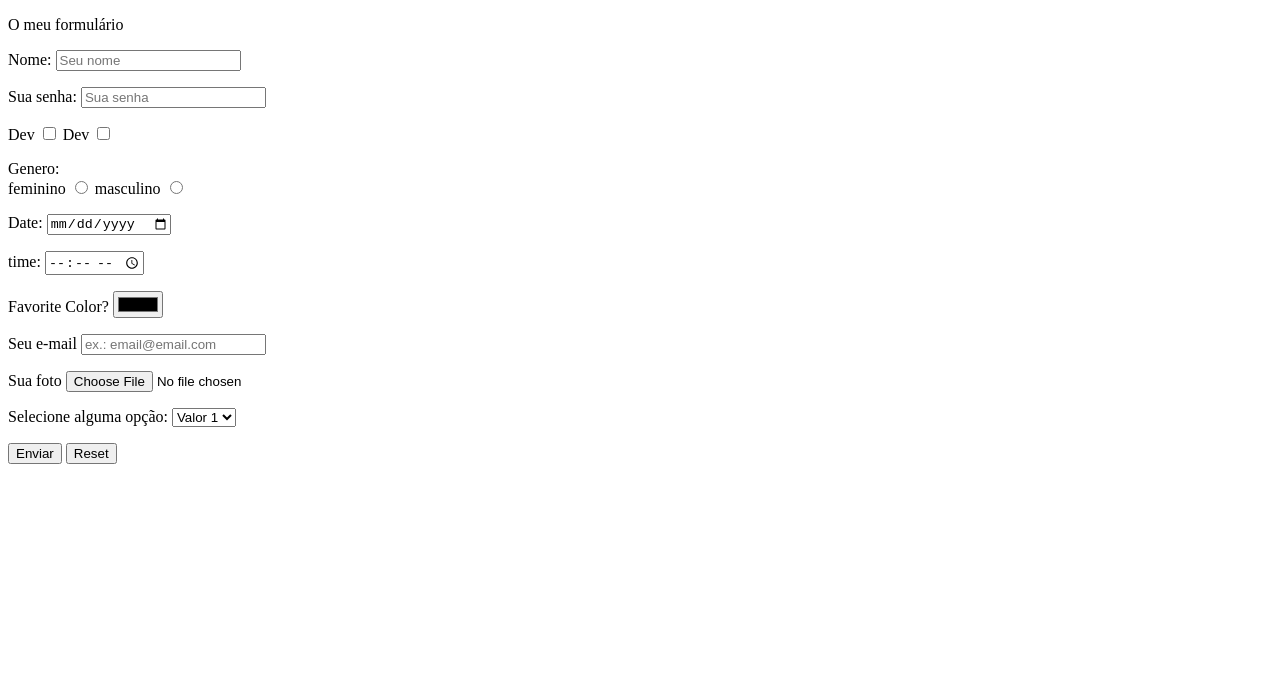
Repository: danilodscosta/CursoHTML
Page: index2.html
An editor plug-in stored every save of this project. The page is shown before and after the next save, followed by the edit.
The browser window is 1280 px wide. The pictures show the whole page.

Above is the page before, as saved 2023-11-02 16:12:58.

### index2.html
<!DOCTYPE html>
<html lang="pt-BR">

<head>
    <meta charset="utf-8">
    <meta name="viewport"
    content="width=device-width, inital-scale=1.0">
    <title>HTML</title>

    <style>
        label {
            cursor: pointer;
        }

    </style>
</head>

<body>
    <form action="#" method="get" autocomplete="off">
        <p>O meu formulário</p>
        <p>
            <label for="nome">Nome:</label>
            <input type="text" id="nome" name="nome" placeholder="Seu nome">
        </p>

        <p>
            <label for="password">Sua senha:</label>
            <input type="password" id="password" name="password" placeholder="Sua senha">
        </p>

        <p>
            <label for="dev">Dev</label>
            <input type="checkbox" id="dev">
            <label for="dev">Dev</label>
            <input type="checkbox" id="dev">
        </p>

        <p>
            Genero:<br>
            <label for="feminino">feminino</label>
            <input type="radio" id="feminino" name="genero" value="feminino">
            <label for="masculino">masculino</label>
            <input type="radio" id="masculino" name="genero" value="masculino">
        </p>

        <p>
            <label for="date">Date:</label>
            <input type="date" id="date" name="date">
        </p>

        <p>
            <label for="hora">time:</label>
            <input type="time" id="hora" name="hora">
        </p>

        <p>
            <label for="cor">Favorite Color?</label>
            <input type="color" id="cor" name="cor">
        </p>

        <p>
            <label for="email">Seu e-mail</label>
            <input type="email" id="email" name="email" placeholder="ex.: email@email.com">
        </p>

        <p>
            <label for="file">Sua foto</label>
            <input type="file" id="file" name="file">
        </p>

        <p>
            <label for="select">Selecione alguma opção:</label>
            <select name="select" id="select">
                <option value="qualquer 1" label="Valor 1">
                <option value="qualquer 2" label="Valor 2">
                <option value="qualquer 3" label="Valor 3">
                <option value="qualquer 4" label="Valor 4">
            </select>
        </p>




        <p>
            <button type="submit">Enviar</button>
            <button type="reset">Reset</button>
        </p>


    </form>

</body>

</html>

After the next save:
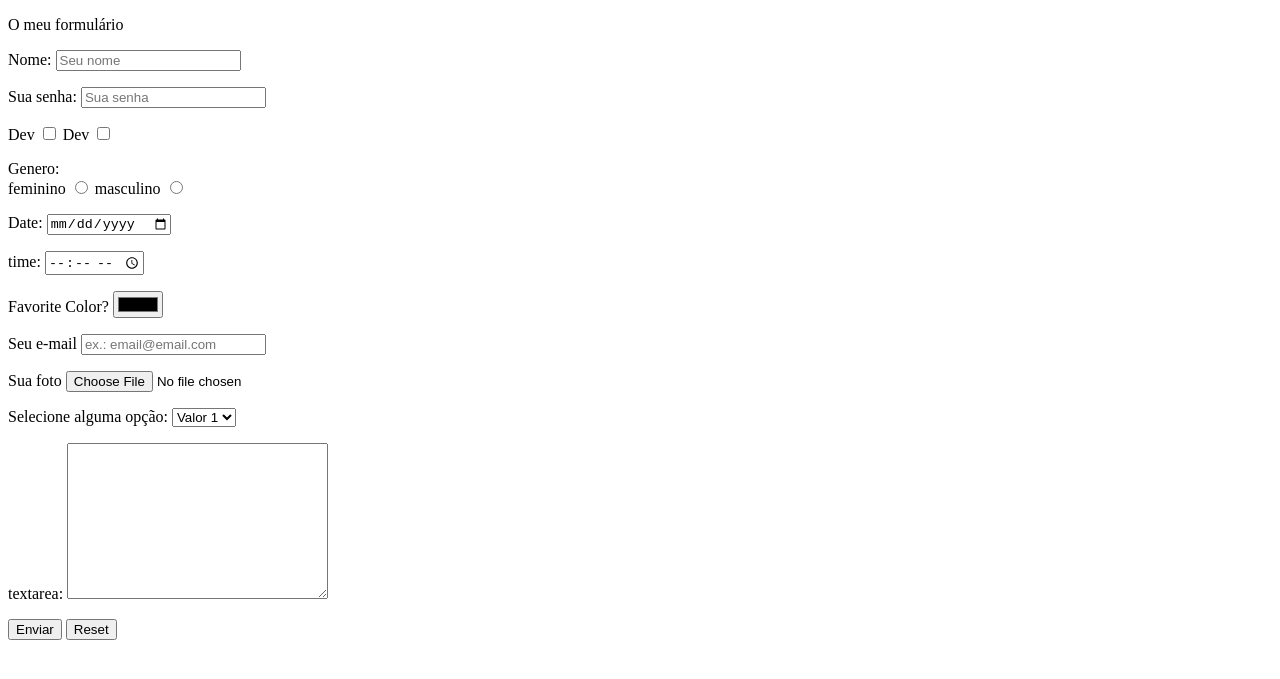
Saved 2 min 24 s later.
--- a/index2.html
+++ b/index2.html
@@ -78,6 +78,11 @@
             </select>
         </p>
 
+        <p>
+            <label for="textarea">textarea:</label>
+            <textarea name="textarea" id="textarea" cols="30" rows="10"></textarea>
+        </p>
+
 
 
 
